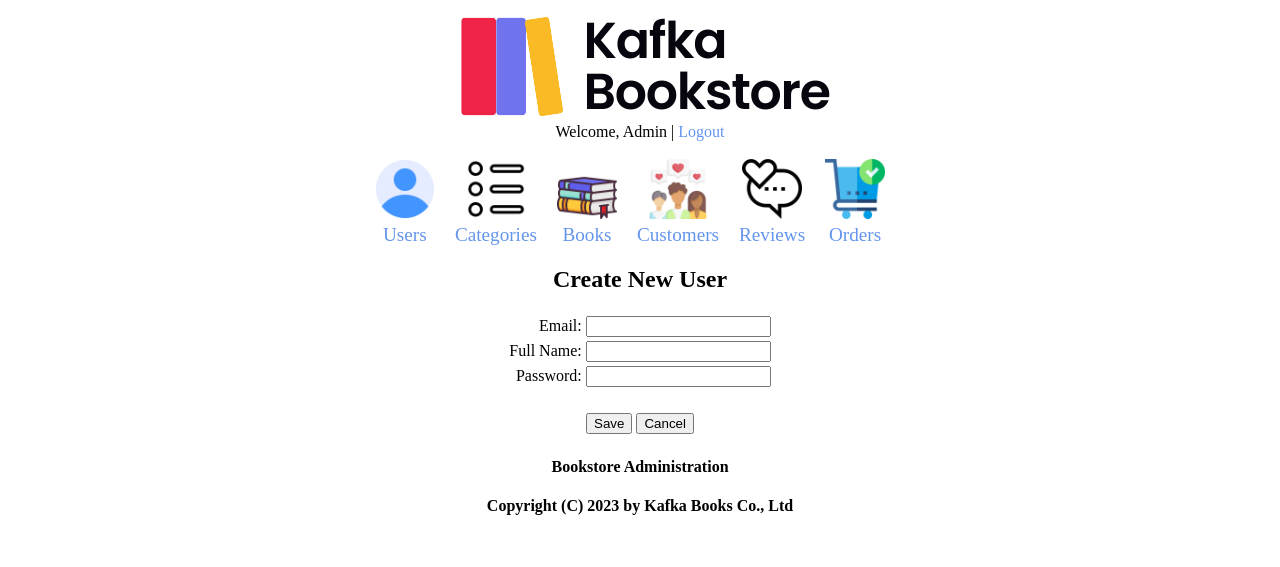
Repository: janvi2502/BookStore
Page: http://localhost/BookStoreWebsite/admin/user_form.jsp
These files come from the project's save history. The page is drawn as it stood at one moment and after the next save; the edit follows.
The browser window is 1280 px wide. The pictures show the whole page.
The page is served by Tomcat 10. Nobody is signed in. The application's start-up code is not run. Other server files are loaded and not shown.

Above is the page before, as saved 2023-12-28 10:47:12.

### BookStoreWebsite/WebContent/admin/user_form.jsp
<%@ page language="java" contentType="text/html; charset=UTF-8"
	pageEncoding="UTF-8"%>
<%@ taglib prefix="c" uri="http://java.sun.com/jsp/jstl/core"%>
<!DOCTYPE html>
<html>
<head>
<meta charset="UTF-8">
<title>Create New User</title>
<link rel="stylesheet" href="../css/style.css">
</head>
<body>
	<jsp:directive.include file="header.jsp" />

	<div align="center">
		<h2>
			<c:if test="${user != null}">
				Edit User
			</c:if>
			<c:if test="${user == null}">
				Create New User
			</c:if>
		</h2>
	</div>

	<div align="center">
		<c:if test="${user != null}">
			<form action="update_user" method="post"
				onsubmit="return validateFormInput()">
			<input type="hidden" name="userId" value="${user.userId}">
		</c:if>
		<c:if test="${user == null}">
			<form action="create_user" method="post"
				onsubmit="return validateFormInput()">
		</c:if>
		<table>
			<tr>
				<td align="right">Email:</td>
				<td align="left"><input type="text" name="email" id="email"
					size="20" value="${user.email}" /></td>
			</tr>
			<tr>
				<td align="right">Full Name:</td>
				<td align="left"><input type="text" name="fullname"
					id="fullname" size="20" value="${user.fullName}" /></td>
			</tr>
			<tr>
				<td align="right">Password:</td>
				<td align="left"><input type="password" id="password"
					name="password" size="20" value="${user.password}" /></td>
			</tr>
			<tr>
				<td>&nbsp;</td>
			</tr>
			<tr>
				<td colspan="2" align="center">
				<input type="submit" value="Save" />
				<input type="button" value="Cancel"
					onclick="javascript:history.go(-1)" /></td>
			</tr>
		</table>
		</form>
	</div>

	<jsp:directive.include file="footer.jsp" />
</body>
<script type="text/javascript">
	function validateFormInput() {
		var fieldEmail = document.getElementById("email");
		var fieldFullname = document.getElementById("fullname");
		var fieldPassword = document.getElementById("password");

		if (fieldEmail.value.length == 0) {
			alert("Email is required!");
			fieldEmail.focus();
			return false;
		}

		if (fieldFullname.value.length == 0) {
			alert("Full Name is required!");
			fieldEmail.focus();
			return false;
		}

		if (fieldPassword.value.length == 0) {
			alert("Password is required!");
			fieldPassword.focus();
			return false;
		}
		return true;
	}
</script>
</html>

### BookStoreWebsite/WebContent/admin/header.jsp
<div align="center">
	<div>
		<img src="../images/Kafka2.png" />
	</div>

	<div>
		Welcome, Admin | <a href="logout">Logout</a> <br /> <br />
	</div>
	<div id="header_menu">
		<div>
			<a href="list_users">
				<img id = "menu_img" src="../images/user.png" /><br/> Users
			</a>
		</div>
		<div>
			<a href="list_category">
				<img id = "menu_img" src="../images/list.png" /> <br/> Categories
			</a>
		</div>
		<div>
			<a href="books">
				<img id = "menu_img" src="../images/book.png"/> <br/>Books
			</a>
		</div>
		<div>
			<a href="customer">
				<img id = "menu_img" src="../images/rating.png" /> <br/> Customers
			</a>
		</div>
		<div>
			<a href="reviews">
				<img id = "menu_img" src="../images/review.png" /> <br/>Reviews
			</a>
		</div>
		<div>
			<a href="orders">
				<img id = "menu_img" src="../images/order.png" /> <br/>Orders
			</a>
		</div>

	</div>
</div>

### BookStoreWebsite/WebContent/admin/footer.jsp
<div align="center">
	<h4>Bookstore Administration</h4>
	<h4>Copyright (C) 2023 by Kafka Books Co., Ltd</h4>
</div>

### BookStoreWebsite/WebContent/css/style.css
@charset "UTF-8";

#header_menu {
	display:table;
}

#header_menu div{
	display:table-cell;
	padding-right: 20px;
}

#menu_img{
	width: 60px;
}

a:link{
	color: cornflowerBlue;
	text-decoration: none;
}

a:visited{
	color: indigo;
}

a:hover{
	color: blue;
	text-decoration: underline;
}

a:active{
	color: red;
}

#header_menu a:link{
	font-size: larger;
}

After the next save:
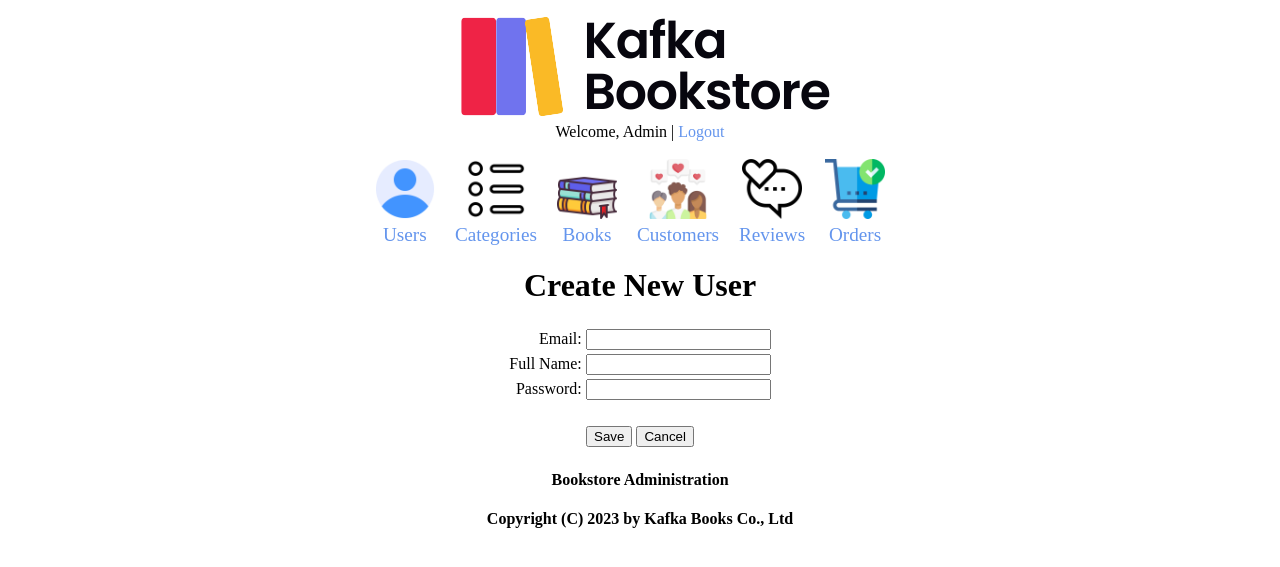
Saved 28 s later.
--- a/BookStoreWebsite/WebContent/admin/user_form.jsp
+++ b/BookStoreWebsite/WebContent/admin/user_form.jsp
@@ -12,14 +12,14 @@
 	<jsp:directive.include file="header.jsp" />
 
 	<div align="center">
-		<h2>
+		<h1 class="pageheading">
 			<c:if test="${user != null}">
 				Edit User
 			</c:if>
 			<c:if test="${user == null}">
 				Create New User
 			</c:if>
-		</h2>
+		</h1>
 	</div>
 
 	<div align="center">
